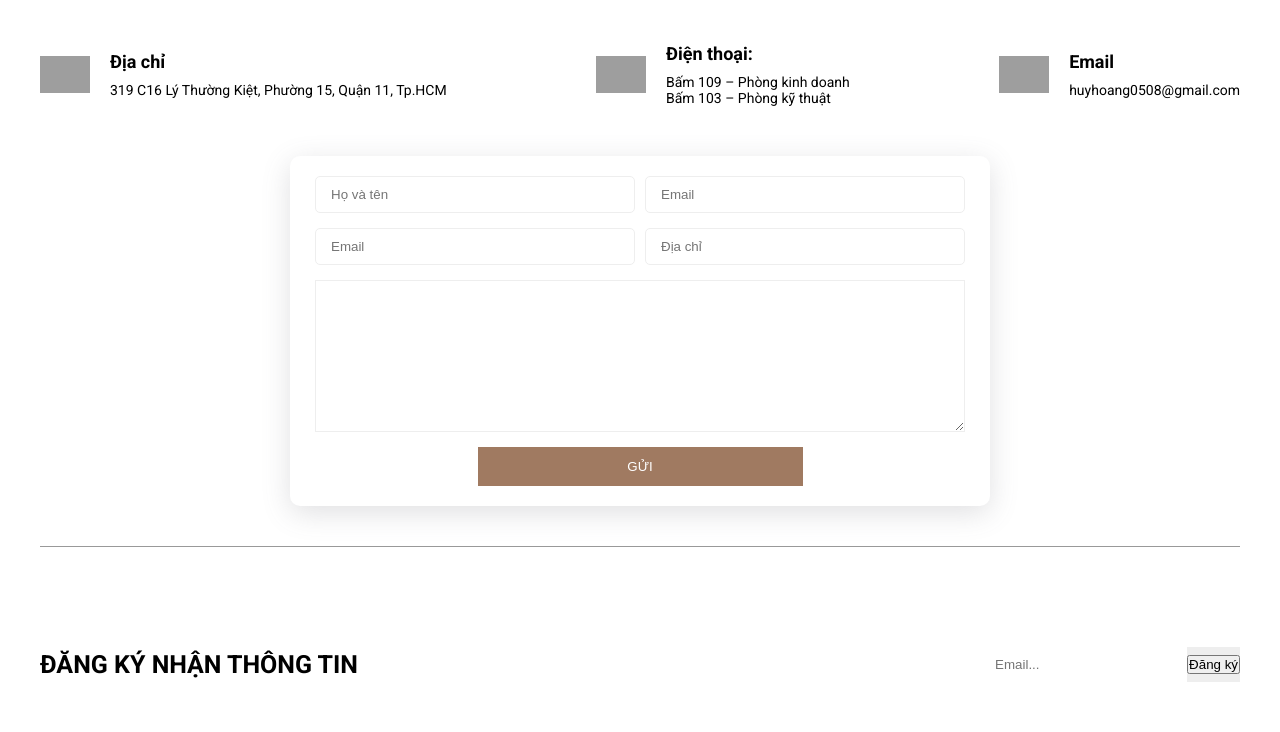
Repository: web345/WEBNANGCAO-clock-
Page: contact.html
The author's editor kept a copy of each file at every save. The page is drawn from the files as they stood at one save, then again after the next save.
The browser window is 1280 px wide. The pictures show the part of the page from y = 678 to 1412 px (the page is 1410 px tall before and 1412 px after).
Pictures or frames that could not be fetched are drawn as grey boxes. Some web libraries are served in a nearby version.

Above is the page before, as saved 2021-09-10 20:51:58.

### contact.html
<!DOCTYPE html>
<html lang="en">
  <head>
    <meta charset="UTF-8" />
    <meta http-equiv="X-UA-Compatible" content="IE=edge" />
    <meta name="viewport" content="width=device-width, initial-scale=1.0" />
    <title>Document</title>
    <link rel="preconnect" href="https://fonts.gstatic.com" />
    <link
      href="https://fonts.googleapis.com/css2?family=Roboto:ital,wght@0,100;0,300;0,400;0,500;0,700;0,900;1,100;1,300;1,400;1,500;1,700;1,900&display=swap"
      rel="stylesheet"
    />
    <link rel="stylesheet" href="./CSS/index.css" />
    <link rel="stylesheet" href="./CSS/contact.css" />
    <link
      rel="stylesheet"
      href="https://cdnjs.cloudflare.com/ajax/libs/font-awesome/5.15.3/css/all.min.css"
    />
    <!-- thư viện slick slider  -->
    <link
      rel="stylesheet"
      type="text/css"
      href="//cdn.jsdelivr.net/npm/slick-carousel@1.8.1/slick/slick.css"
    />
  </head>
  <body>
    <header>
      <div class="header-1">
        <div class="container">
          <div class="header-1-s">
            <div class="header-1-item-1">
              <p class="header-1-item-text-1">
                <i class="fas fa-map-marker-alt icon"></i> 319 - C16 Lý Thường
                Kiệt, P.15, Q.11, Tp.HCM
              </p>
              <p class="header-1-item-text-1">
                <i class="fas fa-phone-alt icon"></i>
                <a href="" class="header-1-item-text-link">076 922 0162</a>
              </p>
            </div>
            <div class="header-1-item-1">
              <p class="header-1-item-text-2">
                <a href="" class="header-1-item-text-link"
                  ><i class="fab fa-facebook-f"></i
                ></a>
              </p>
              <p class="header-1-item-text-2">
                <a href="" class="header-1-item-text-link"
                  ><i class="fab fa-instagram"></i
                ></a>
              </p>
              <p class="header-1-item-text-2">
                <a href="" class="header-1-item-text-link"
                  ><i class="fab fa-twitter"></i
                ></a>
              </p>
            </div>
          </div>
        </div>
      </div>

      <div class="header-2">
        <div class="container">
          <div class="header-2-s">
            <div class="header-2-logo">
              <img src="./logo/logo-mona-2.png" alt="" />
            </div>

            <div class="header-2-search">
              <input type="text" placeholder="Tìm kiếm" />
              <button type="submit"><i class="fas fa-search"></i></button>
            </div>

            <div class="header-2-right">
              <p class="header-2-right-text">
                <a href=""><i class="fas fa-heart"></i></a>
              </p>
              <p class="header-2-right-cart">
                <span class="header-2-right-number">0</span>
              </p>
            </div>
          </div>
        </div>
      </div>

      <!-- lam phan icon de dropmenu khi responsive -->
      <input type="checkbox" id="toggle-menu" />
      <label for="toggle-menu" class="header-icon-responsive">
        <i class="fas fa-bars" id="header-icon1"></i>
        <i class="fas fa-times" id="header-icon2"></i>
      </label>
      <div class="header-3">
        <div class="header-3-s">
          <ul class="header-3-list">
            <li class="header-3-list-item active">
              <a href="./index.html" class="header-3-list-item-link"
                >Trang chủ</a
              >
            </li>
            <li class="header-3-list-item">
              <a href="./introduce.html" class="header-3-list-item-link"
                >Giới thiệu</a
              >
            </li>
            <li class="header-3-list-item">
              <a href="./product-boy.html" class="header-3-list-item-link"
                >đồng hồ nam</a
              >
            </li>
            <li class="header-3-list-item">
              <a href="./product-girl.html" class="header-3-list-item-link"
                >đồng hồ nữ</a
              >
            </li>
            <li class="header-3-list-item">
              <a href="./news.html" class="header-3-list-item-link">blogs</a>
            </li>
            <li class="header-3-list-item">
              <a href="./contact.html" class="header-3-list-item-link"
                >liên hệ</a
              >
            </li>
            <li class="header-3-list-item">
              <a href="" class="header-3-list-item-link">Đăng nhập</a>
            </li>
            <li class="header-3-list-item header-3-list-item-mobile">
              <div class="header-3-list-item-search">
                <input
                  type="text"
                  name=""
                  id=""
                  class="header-3-list-item-search-input"
                  placeholder="Tìm kiếm"
                />
                <button class="header-3-list-item-search-btn" type="submit">
                  <i class="fas fa-search"></i>
                </button>
              </div>
            </li>
          </ul>
        </div>
      </div>
    </header>
    <!-- hết phần header  -->

    <div class="contact">
      <div class="container">
        <div class="contact-maps">
          <div class="contact__maps-epu">
            <iframe
              src="https://www.google.com/maps/embed?pb=!1m18!1m12!1m3!1d3723.657060482336!2d105.78272751429809!3d21.04640359255304!2m3!1f0!2f0!3f0!3m2!1i1024!2i768!4f13.1!3m3!1m2!1s0x3135abb158a2305d%3A0x5c357d21c785ea3d!2zVHLGsOG7nW5nIMSQ4bqhaSBo4buNYyDEkGnhu4duIEzhu7Fj!5e0!3m2!1svi!2s!4v1631268219230!5m2!1svi!2s"
              width="1200"
              height="450"
              style="border: 0"
              allowfullscreen=""
              loading="lazy"
            ></iframe>
          </div>
        </div>
        <div class="contact-list">
          <div class="contact-item">
            <img src="./contact/contact1.PNG" alt="" class="contact-image" />
            <div class="contact-info">
              <h3 class="info-name">Địa chỉ</h3>
              <p class="info-desc">
                319 C16 Lý Thường Kiệt, Phường 15, Quận 11, Tp.HCM
              </p>
            </div>
          </div>
          <div class="contact-item">
            <img src="./contact/contact2.PNG" alt="" class="contact-image" />
            <div class="contact-info">
              <h3 class="info-name">Điện thoại:</h3>
              <p class="info-desc">Bấm 109 – Phòng kinh doanh</p>
              <p class="info-desc">Bấm 103 – Phòng kỹ thuật</p>
            </div>
          </div>
          <div class="contact-item">
            <img src="./contact/contact3.PNG" alt="" class="contact-image" />
            <div class="contact-info">
              <h3 class="info-name">Email</h3>
              <p class="info-desc">huyhoang0508@gmail.com</p>
            </div>
          </div>
        </div>
        <form action="#">
          <div class="form-group">
            <input type="text" class="contact-form" placeholder="Họ và tên" />
            <input type="text" class="contact-form" placeholder="Email" />
          </div>
          <div class="form-group">
            <input type="text" class="contact-form" placeholder="Email" />
            <input type="text" class="contact-form" placeholder="Địa chỉ" />
          </div>
          <div class="form-group">
            <textarea name="" id="" cols="30" rows="10"></textarea>
          </div>
          <button type="submit" class="btn-contact">Gửi</button>
        </form>
      </div>
    </div>

    <div class="email">
      <div class="container">
        <h3 class="sub-info">Đăng ký nhận thông tin</h3>
        <div class="email-sub">
          <input type="email" name="" id="" placeholder="Email..." />
          <button type="submit" class="btn-email">Đăng ký</button>
        </div>
      </div>
    </div>

    <!-- làm phần footer  -->
    <!-- <footer>
      <div class="container">
        <div class="footer-s">
          <div class="row2">
            <div class="footer-item footer-item-1">
              <h2 class="footer-item-tittle">THÔNG TIN LIÊN HỆ</h2>
              <div class="footer-item-list">
                <div class="footer-item-list-item">
                  <div class="footer-item-list-item-icon">
                    <i class="fas fa-map-marker-alt"></i>
                  </div>
                  <div class="footer-item-list-item-text">
                    <p>
                      <a href=""
                        >319 C16 Lý Thường Kiệt, Phường 15, Quận 11, Tp.HCM</a
                      >
                    </p>
                  </div>
                </div>

                <div class="footer-item-list-item">
                  <div class="footer-item-list-item-icon">
                    <i class="fas fa-phone-alt"></i>
                  </div>
                  <div class="footer-item-list-item-text">
                    <p><a href="">076 922 0162</a></p>
                  </div>
                </div>

                <div class="footer-item-list-item">
                  <div class="footer-item-list-item-icon">
                    <i class="fas fa-envelope-open-text"></i>
                  </div>
                  <div class="footer-item-list-item-text">
                    <p><a href="">demonhunterg@gmail.com mon@mona.media</a></p>
                  </div>
                </div>

                <div class="footer-item-list-item">
                  <div class="footer-item-list-item-icon">
                    <i class="fab fa-skype"></i>
                  </div>
                  <div class="footer-item-list-item-text">
                    <p><a href="">demonhunterp</a></p>
                  </div>
                </div>
              </div>
              <div class="footer-item-icon">
                <div class="footer-item-icon-item footer-item-icon-item-face">
                  <a href=""><i class="fab fa-facebook-f"></i></a>
                </div>
                <div class="footer-item-icon-item footer-item-icon-item-insta">
                  <a href=""><i class="fab fa-instagram"></i></a>
                </div>
                <div
                  class="footer-item-icon-item footer-item-icon-item-twitter"
                >
                  <a href=""><i class="fab fa-twitter"></i></a>
                </div>
                <div class="footer-item-icon-item footer-item-icon-item-wifi">
                  <a href=""><i class="fas fa-wifi"></i></a>
                </div>
                <div class="footer-item-icon-item footer-item-icon-item-linked">
                  <a href=""><i class="fab fa-linkedin-in"></i></a>
                </div>
              </div>
            </div>

            <div class="footer-item footer-item-1">
              <h2 class="footer-item-tittle">LIÊN KẾT</h2>
              <div class="footer-item-list">
                <div class="footer-item-list-item">
                  <div class="footer-item-list-item-text">
                    <p><a href="./introduce.html">Giới thiệu</a></p>
                  </div>
                </div>

                <div class="footer-item-list-item">
                  <div class="footer-item-list-item-text">
                    <p><a href="./product-boy.html">Đồng hồ nam</a></p>
                  </div>
                </div>

                <div class="footer-item-list-item">
                  <div class="footer-item-list-item-text">
                    <p><a href="./product-girl.html">Đồng hồ nữ</a></p>
                  </div>
                </div>

                <div class="footer-item-list-item">
                  <div class="footer-item-list-item-text">
                    <p><a href="./news.html">Blogs</a></p>
                  </div>
                </div>

                <div class="footer-item-list-item">
                  <div class="footer-item-list-item-text">
                    <p><a href="./contact.html">Liên hệ</a></p>
                  </div>
                </div>
              </div>
            </div>

            <div class="footer-item footer-item-1">
              <h2 class="footer-item-tittle">HỖ TRỢ</h2>
              <div class="footer-item-list">
                <div class="footer-item-list-item">
                  <div class="footer-item-list-item-text">
                    <p><a href="./introduce.html">Hướng dẫn mua hàng</a></p>
                  </div>
                </div>

                <div class="footer-item-list-item">
                  <div class="footer-item-list-item-text">
                    <p><a href="./introduce.html">Hướng dẫn thanh toán</a></p>
                  </div>
                </div>

                <div class="footer-item-list-item">
                  <div class="footer-item-list-item-text">
                    <p><a href="./introduce.html">Chính sách bảo hành</a></p>
                  </div>
                </div>

                <div class="footer-item-list-item">
                  <div class="footer-item-list-item-text">
                    <p><a href="./introduce.html">Chính sách đổi trả</a></p>
                  </div>
                </div>

                <div class="footer-item-list-item">
                  <div class="footer-item-list-item-text">
                    <p><a href="./contact.html">Tư vấn khách hàng</a></p>
                  </div>
                </div>
              </div>
            </div>

            <div class="footer-item footer-item-4">
              <h2 class="footer-item-tittle">TẢI ỨNG DỤNG TRÊN</h2>
              <div class="footer-item-list">
                <div class="footer-item-list-item">
                  <div class="footer-item-list-item-text">
                    <p>
                      <a href=""
                        >Ứng dụng Mona Watch hiện có sẵn trên Google Play & App
                        Store. Tải nó ngay.</a
                      >
                    </p>
                  </div>
                </div>

                <div class="footer-item-list-item">
                  <img
                    class="footer-item-list-item-img"
                    src="http://mauweb.monamedia.net/donghohaitrieu/wp-content/uploads/2019/07/img-googleplay.jpg"
                    alt=""
                  />
                </div>

                <div class="footer-item-list-item">
                  <img
                    class="footer-item-list-item-img"
                    src="http://mauweb.monamedia.net/donghohaitrieu/wp-content/uploads/2019/07/img-appstore.jpg"
                    alt=""
                  />
                </div>
              </div>
            </div>
          </div>
        </div>
      </div>
      <h3 class="footer-banquyen">Lương Ngọc Vinh - Nguyễn Huy Hoàng</h3>
    </footer> -->

    <!-- thư viện js của jquery -->
    <script src="https://cdnjs.cloudflare.com/ajax/libs/jquery/3.6.0/jquery.min.js"></script>
    <!-- thư viện js của AOS -->
    <script src="https://cdnjs.cloudflare.com/ajax/libs/aos/2.0.2/aos.js"></script>
    <script>
      AOS.init({
        offset: 120,
        duration: 500,
      });
    </script>
    <!-- thư viện js của slick slider -->
    <script
      type="text/javascript"
      src="//cdn.jsdelivr.net/npm/slick-carousel@1.8.1/slick/slick.min.js"
    ></script>
    <script>
      $(document).ready(function () {
        $(".single-item").slick({
          autoplay: true,
          autoplaySpeed: 2000,
          prevArrow: ".main-banner-arrow-left",
          nextArrow: ".main-banner-arrow-right",
        });

        $(".responsive").slick({
          dots: false,
          infinite: true,
          speed: 300,
          slidesToShow: 4,
          slidesToScroll: 4,
          prevArrow: ".main-3-tittle-arrow-left",
          nextArrow: ".main-3-tittle-arrow-right",
          autoplay: true,
          autoplaySpeed: 1500,
          responsive: [
            {
              breakpoint: 1024,
              settings: {
                slidesToShow: 3,
                slidesToScroll: 3,
                infinite: true,
                dots: false,
              },
            },
            {
              breakpoint: 680,
              settings: {
                slidesToShow: 2,
                slidesToScroll: 2,
              },
            },
            {
              breakpoint: 480,
              settings: {
                slidesToShow: 1,
                slidesToScroll: 1,
              },
            },
            // You can unslick at a given breakpoint now by adding:
            // settings: "unslick"
            // instead of a settings object
          ],
        });
      });
    </script>
  </body>
</html>

### CSS/contact.css
.contact {
  margin-top: 30px;
  margin-bottom: 100px;
}

.contact .container {
  border-bottom: 1px solid #999;
  padding-bottom: 40px;
}

.contact-list {
  margin-top: 40px;
  display: flex;
  justify-content: space-between;
}
.contact-item {
  display: flex;
  align-items: center;
}

.contact-item img {
  width: 50px;
  margin-right: 20px;
}

h3.info-name {
  font-size: 18px;
  margin-bottom: 10px;
}

form {
  max-width: 700px;
  width: 100%;
  margin: 50px auto 0;
  background-color: #fff;
  box-shadow: rgba(100, 100, 111, 0.2) 0px 7px 29px 0px;
  padding: 20px 25px;
  border-radius: 10px;
}

.form-group {
  display: flex;
  align-items: center;
  gap: 10px;
  margin-bottom: 15px;
}

.form-group input {
  width: 50%;
  padding: 10px 15px;
  outline: none;
  border: 1px solid #eee;
  border-radius: 5px;
  transition: all 0.25s linear;
}

.form-group input:focus,
.form-group textarea:focus {
  border-color: #3d6ef7;
}

.form-group textarea {
  width: 100%;
  outline: none;
  border: 1px solid #eee;
}

button.btn-contact {
  margin: 0 auto;
  padding: 12px 24px;
  width: 50%;
  display: block;
  outline: none;
  border: none;
  cursor: pointer;
  background-color: #a07a61;
  color: #fff;
  text-transform: uppercase;
  transition: all 0.25s linear;
}

button.btn-contact:hover {
  opacity: 0.6;
}

.email {
  margin-bottom: 50px;
}

.email .container {
  display: flex;
  justify-content: space-between;
  align-items: center;
}

h3.sub-info {
  text-transform: uppercase;
  font-size: 25px;
}

.email-sub {
  display: flex;
  align-items: center;
  background-color: #eee;
}

.email-sub input {
  border: 0;
  padding: 10px 15px;
  height: 100%;
}

Loaded but not shown: CSS/index.css (1088 lines, source omitted)

After the next save:
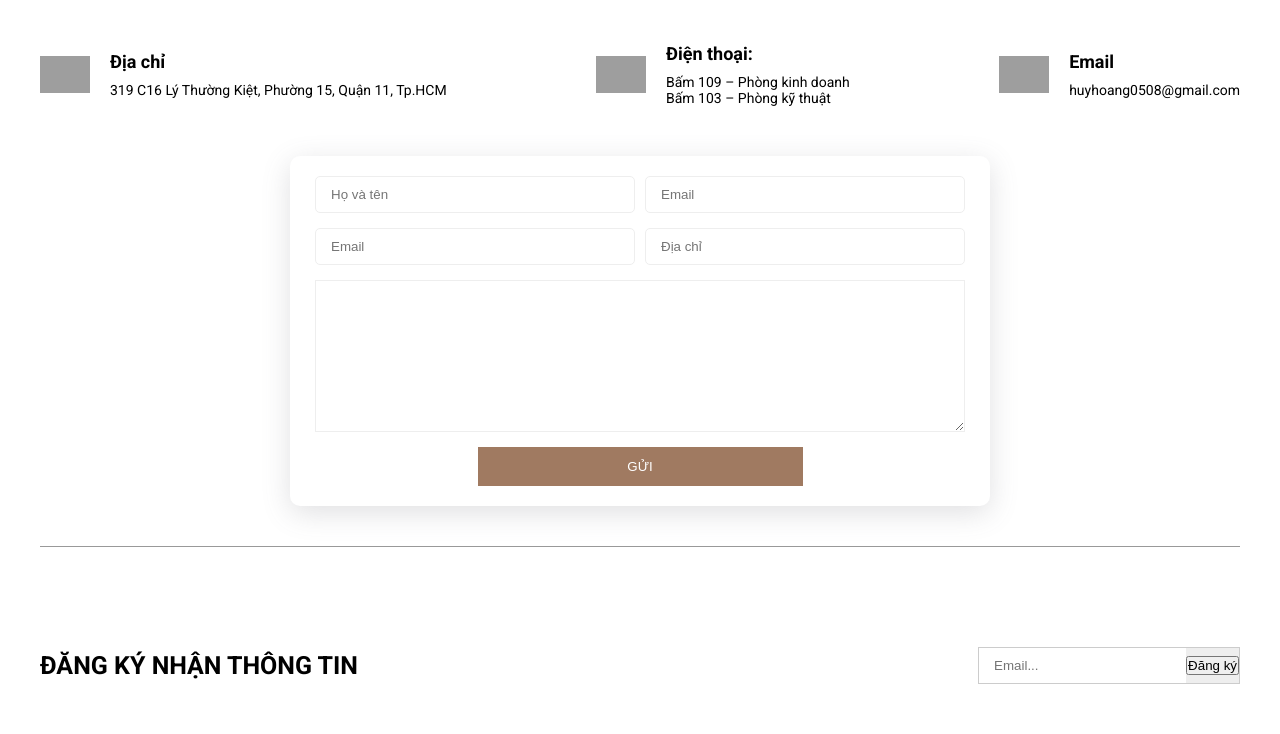
Saved 29 s later.
--- a/CSS/contact.css
+++ b/CSS/contact.css
@@ -102,6 +102,7 @@ h3.sub-info {
   display: flex;
   align-items: center;
   background-color: #eee;
+  border: 1px solid #ccc;
 }
 
 .email-sub input {
